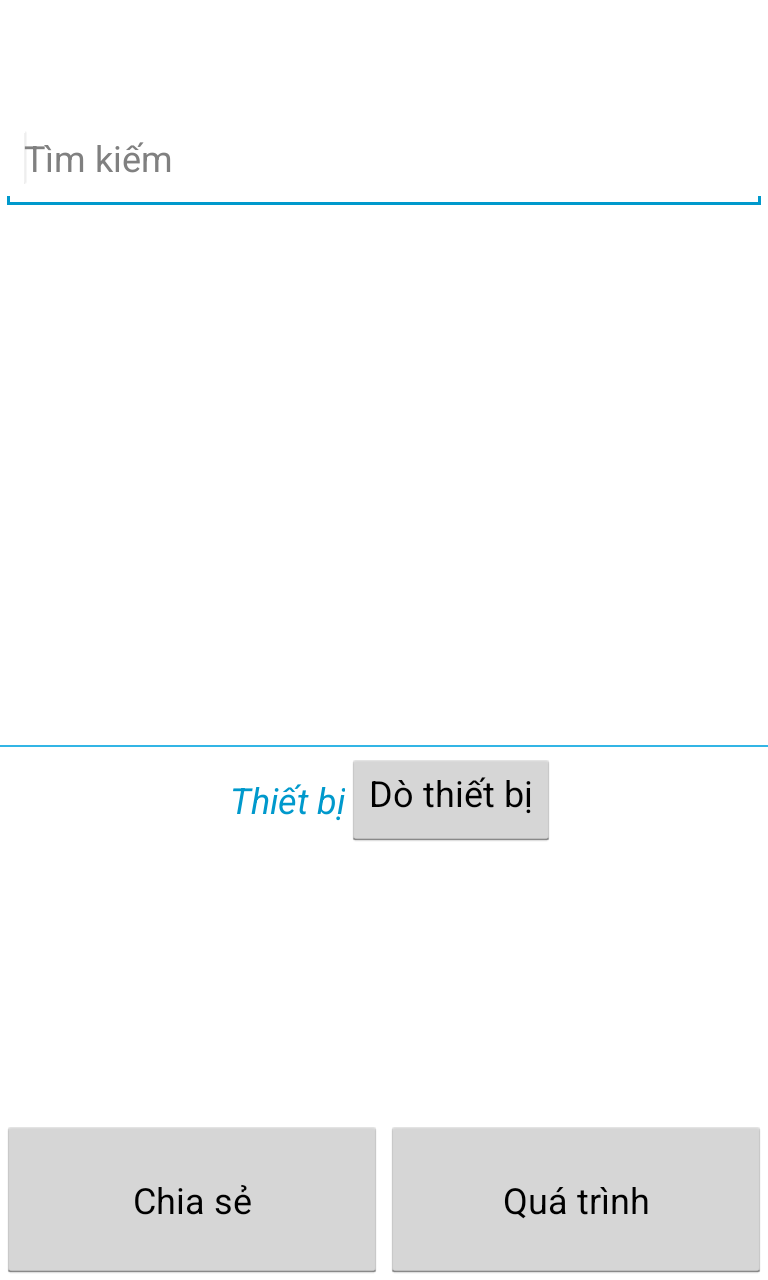
Repository: thinhnk55/android-appshare
Layout: ShareApp/res/layout/activity_main.xml
The author's editor kept a copy of each file at every save. The layout is drawn from the files as they stood at one save, then again after the next save.
It is drawn on a 768 x 1280 px phone screen (xhdpi) without system bars, with theme AppTheme; the app's code is not run.

Above is the layout before, as saved 2014-07-17 15:41:31.

After the next save:
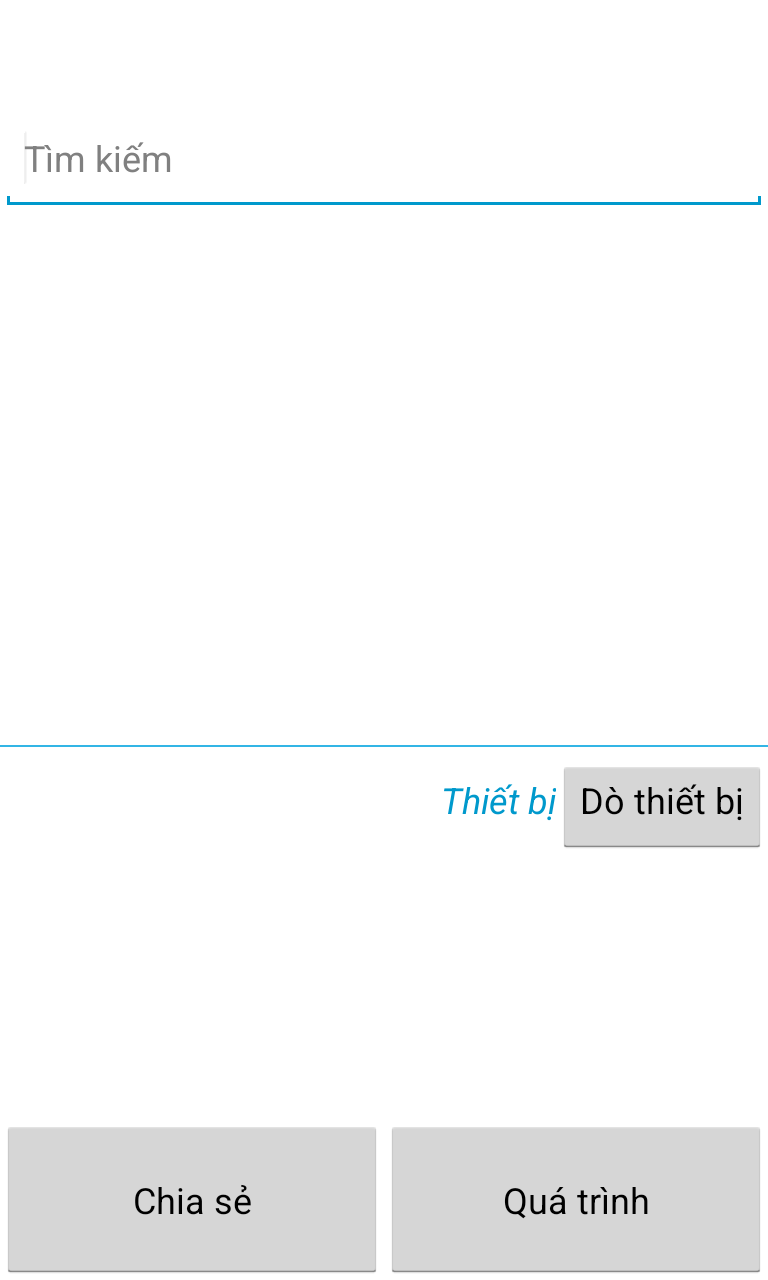
Saved 5 s later.
--- a/ShareApp/res/layout/activity_main.xml
+++ b/ShareApp/res/layout/activity_main.xml
@@ -53,7 +53,7 @@
                 android:layout_width="match_parent"
                 android:layout_height="0dp"
                 android:layout_weight="10"
-                android:gravity="center" >
+                android:gravity="right" >
 
                 <TextView
                     android:id="@+id/textView1"
